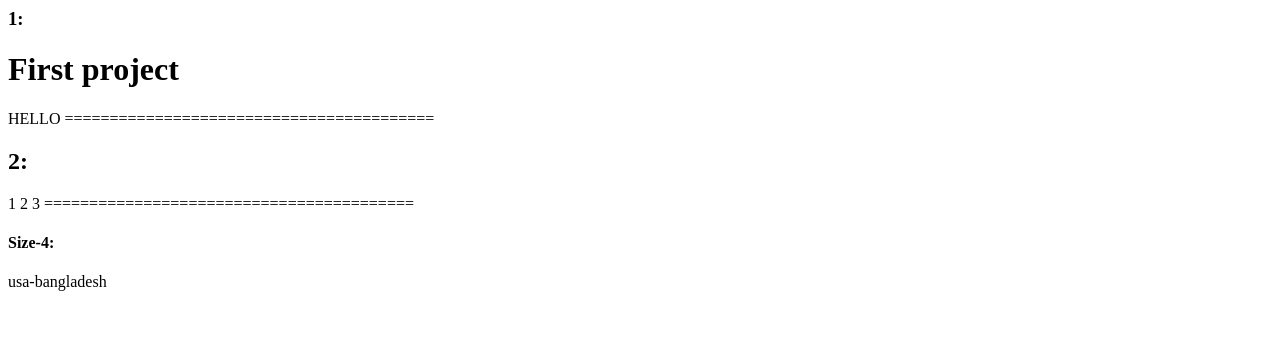
Repository: ZubaerAhmed/2-Corona-virus-eclipse-workspace
Page: http://localhost/CoronaVirus/First.jsp
An editor plug-in stored every save of this project. The page is shown before and after the next save, followed by the edit.
The browser window is 1280 px wide. The pictures show the whole page.
The page is served by Tomcat 9. Other server files are loaded and not shown.

Above is the page before, as saved 2020-04-01 15:57:21.

### CoronaVirus/WebContent/First.jsp

<html>
<body>
	<h3>1:</h3>
	<h1>First project</h1>
	<%= new String("Hello").toUpperCase() %>
	=========================================
	<h2>2:</h2>
	<%
		for(int i=1; i<4; i++){
			out.println(i);
		}
	%>
	=========================================
	<h4>Size-4:</h4>
	<%!
		String makeLowerCase(String s){
		return s.toLowerCase();
	}
	%>
	<%= makeLowerCase("USA-BANGLADESH") %>
</body>
</html>

After the next save:
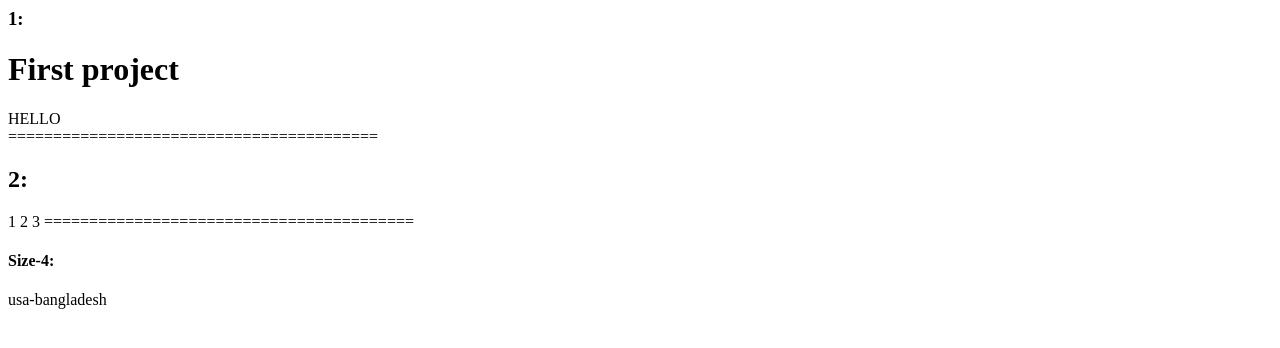
Saved 44 s later.
--- a/CoronaVirus/WebContent/First.jsp
+++ b/CoronaVirus/WebContent/First.jsp
@@ -4,7 +4,7 @@
 	<h3>1:</h3>
 	<h1>First project</h1>
 	<%= new String("Hello").toUpperCase() %>
-	=========================================
+	</br>=========================================
 	<h2>2:</h2>
 	<%
 		for(int i=1; i<4; i++){
